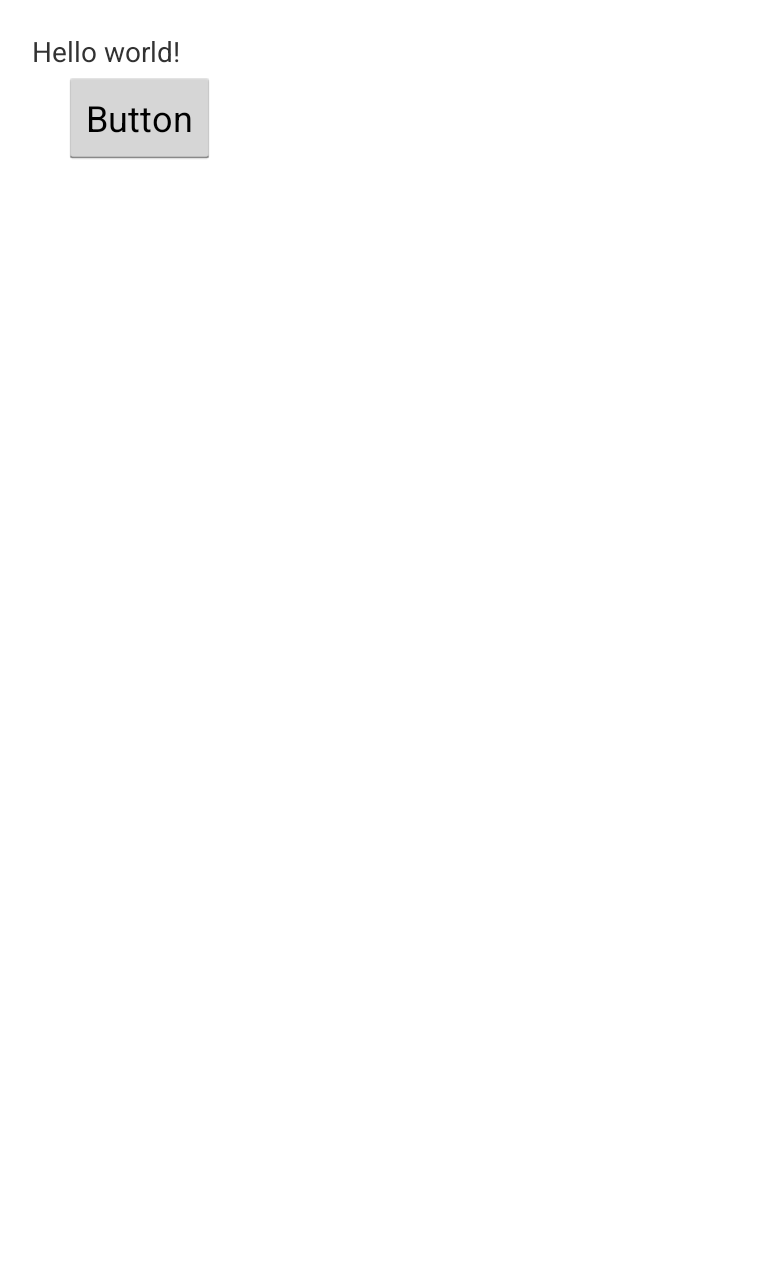
Repository: zhaoguoquan94/Purified
Layout: Android/Qwe/res/layout/activity_main.xml
The author's editor kept a copy of each file at every save. The layout is drawn from the files as they stood at one save, then again after the next save.
It is drawn on a 768 x 1280 px phone screen (xhdpi) without system bars, with theme AppTheme; the app's code is not run.

Above is the layout before, as saved 2014-05-20 03:36:18.

### Android/Qwe/res/layout/activity_main.xml
<RelativeLayout xmlns:android="http://schemas.android.com/apk/res/android"
    xmlns:tools="http://schemas.android.com/tools"
    android:layout_width="match_parent"
    android:layout_height="match_parent"
    android:paddingBottom="@dimen/activity_vertical_margin"
    android:paddingLeft="@dimen/activity_horizontal_margin"
    android:paddingRight="@dimen/activity_horizontal_margin"
    android:paddingTop="@dimen/activity_vertical_margin"
    tools:context=".MainActivity" >

    <TextView
        android:id="@+id/textView1"
        android:layout_width="wrap_content"
        android:layout_height="wrap_content"
        android:text="@string/hello_world" />

    <Button
        android:id="@+id/button1"
        android:layout_width="wrap_content"
        android:layout_height="wrap_content"
        android:layout_alignLeft="@+id/textView1"
        android:layout_below="@+id/textView1"
        android:layout_marginLeft="15dp"
        android:text="Button" />

</RelativeLayout>

### Android/Qwe/res/values/strings.xml
<?xml version="1.0" encoding="utf-8"?>
<resources>

    <string name="app_name">Qwe</string>
    <string name="action_settings">Settings</string>
    <string name="hello_world">Hello world!</string>
    <string name="title_activity_main_activity2">MainActivity2</string>

</resources>

Loaded but not shown: Android/Qwe/res/values/styles.xml (common file); Android/Qwe/res/values-v11/styles.xml (common file); Android/Qwe/res/values-v14/styles.xml (common file); Android/Qwe/res/values/dimens.xml (common file)

After the next save:
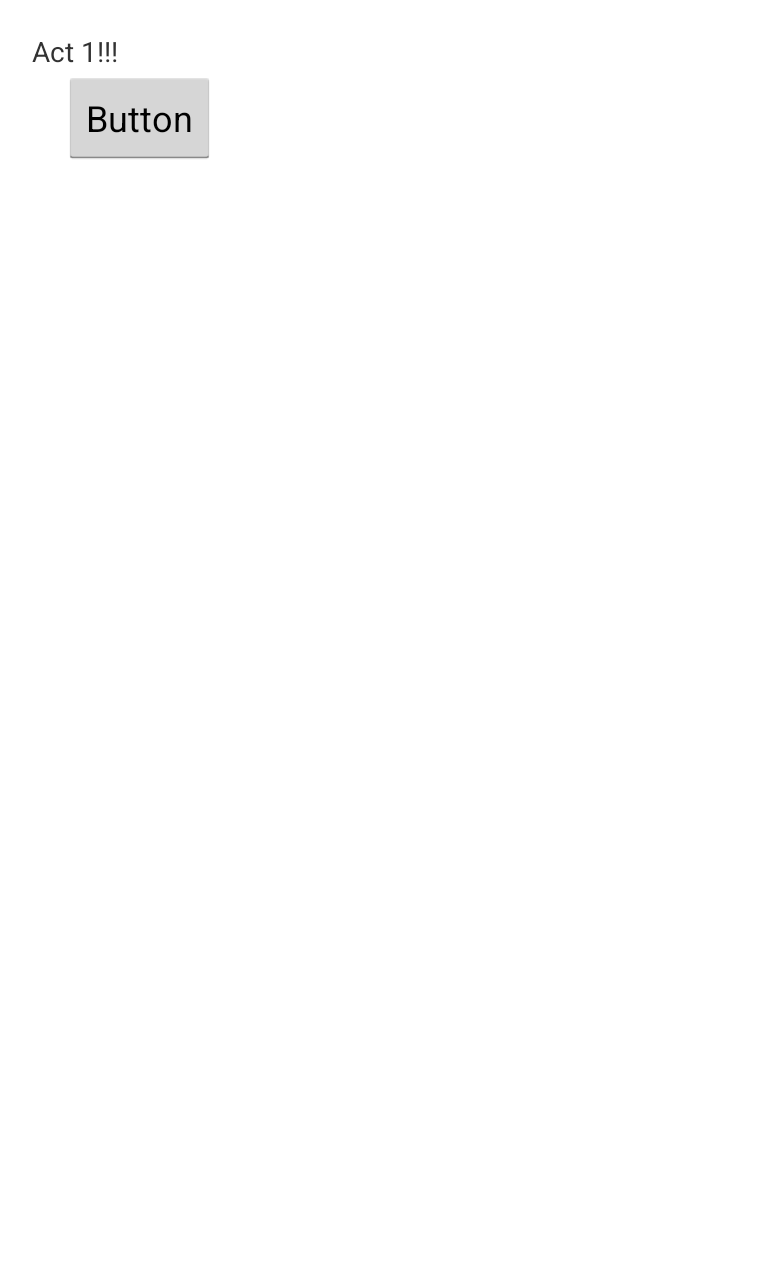
Saved 22 s later.
--- a/Android/Qwe/res/layout/activity_main.xml
+++ b/Android/Qwe/res/layout/activity_main.xml
@@ -12,7 +12,7 @@
         android:id="@+id/textView1"
         android:layout_width="wrap_content"
         android:layout_height="wrap_content"
-        android:text="@string/hello_world" />
+        android:text="Act 1!!!" />
 
     <Button
         android:id="@+id/button1"
